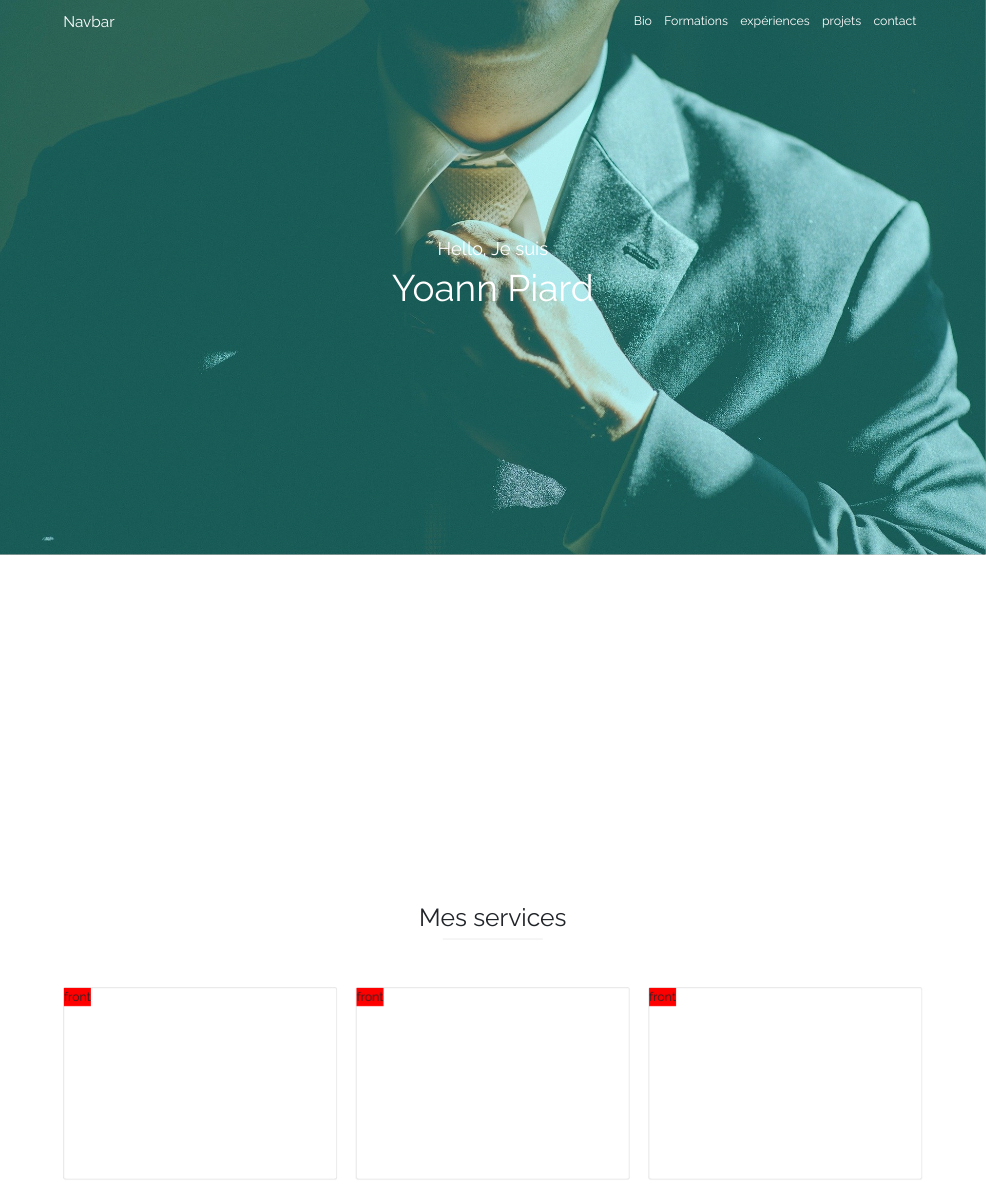
Repository: ypiard85/port-folio-bootstrap-yoann-2021
Page: index.html
An editor plug-in stored every save of this project. The page is shown before and after the next save, followed by the edit.
The browser window is 1280 px wide. The pictures show the whole page, at 77% of full size.

Above is the page before, as saved 2021-03-09 16:36:20.
Console error: TypeError: window.onload is not a function

### index.html
<!DOCTYPE html>
<html lang="en">
  <head>
    <meta charset="UTF-8" />
    <meta http-equiv="X-UA-Compatible" content="IE=edge" />
    <meta name="viewport" content="width=device-width, initial-scale=1.0" />
    <link rel="stylesheet" href="https://use.fontawesome.com/releases/v5.15.2/css/all.css" integrity="sha384-vSIIfh2YWi9wW0r9iZe7RJPrKwp6bG+s9QZMoITbCckVJqGCCRhc+ccxNcdpHuYu" crossorigin="anonymous">    <!-- CSS only -->
    <link rel="stylesheet" href="./resource/style.css" />
    <link
      href="https://cdn.jsdelivr.net/npm/bootstrap@5.0.0-beta2/dist/css/bootstrap.min.css"
      rel="stylesheet"
      integrity="sha384-BmbxuPwQa2lc/FVzBcNJ7UAyJxM6wuqIj61tLrc4wSX0szH/Ev+nYRRuWlolflfl"
      crossorigin="anonymous"
    />
    <title>Document</title>
  </head>
  <body>
    <nav class="navbar position-fixed w-100 navbar-expand-lg navbar-light">
      <div class="container">
        <a class="navbar-brand" href="#">Navbar</a>
        <button
          class="navbar-toggler"
          type="button"
          data-bs-toggle="collapse"
          data-bs-target="#navbarNav"
          aria-controls="navbarNav"
          aria-expanded="false"
          aria-label="Toggle navigation"
        >
          <span class="navbar-toggler-icon"></span>
        </button>
        <div class="collapse navbar-collapse" id="navbarNav">
          <ul class="navbar-nav">
            <li class="nav-item">
              <a class="nav-link active" aria-current="page" href="#bio">Bio</a>
            </li>
            <li class="nav-item">
              <a class="nav-link" href="#formation">Formations</a>
            </li>
            <li class="nav-item">
              <a class="nav-link" href="#experience">expériences</a>
            </li>
            <li class="nav-item">
              <a class="nav-link" href="#projet">projets</a>
            </li>
            <li class="nav-item">
              <a class="nav-link" href="#contact">contact</a>
            </li>
          </ul>
        </div>
      </div>
    </nav>

    <header
      class="container-fluid flex-column
          d-flex align-items-center justify-content-center"
    >
      <h4>Hello, Je suis</h4>
      <h1>Yoann Piard</h1>
    </header>

    <section class="about_me in container">
      <div class="about_card rounded shadow-lg">
        <div class="container">
          <div class="row">
            <div class="col-md-6  col-sm-12 p-3 p-sm-4 align-self-center">
              <h2 class="mb-4" >A propos de moi</h2>
              <p>
                Passionné par l'informatique depuis mon plus jeune âge, je me
                suis tout naturellement orienté vers dans le secteur du
                développement web et logiciel. Depuis 2019, je mets mon savoir
                auprès d'associations et entreprises, les aidant à augmenter
                leurs visibilités sur internet. Aujourd'hui, je cherche à
                intégrer une entreprise afin de travailler sur des projets
                concrets et de monter en compétence.
              </p>
              <ul class="d-flex">
                  <li><a href=""><i class="fab fa-instagram"></i></a></li>
                  <li><a href=""><i class="fab fa-linkedin-in"></i></a></li>
                  <li><a href=""><i class="fab fa-github"></i></a></li>
              </ul>
            </div>
            <div class="col-md-6 col-sm-12 p-3 p-sm-5 d-none d-md-block">
              <img class="img-fluid img-thumbnail" src="./resource/image/yoann_piard.png" alt="" />
            </div>
          </div>
        </div>
      </div>
    </section>

    <section class="my_work">
        <div class="container">
            <h2 class="ttile_section text-center mb-5">Mes services</h2>
            <div class="row pt-4 pb-4">
                <div class="col-md-4">
                    <div class="scene">
                        <div class="card">
                          <div class="card__face card__face--front">front</div>
                          <div class="card__face card__face--back">back</div>
                        </div>
                      </div>
                </div>
                <div class="col-md-4">
                    <div class="scene">
                        <div class="card">
                          <div class="card__face card__face--front">front</div>
                          <div class="card__face card__face--back">back</div>
                        </div>
                      </div>
                </div>
                <div class="col-md-4">
                    <div class="scene">
                        <div class="card">
                          <div class="card__face card__face--front">front</div>
                          <div class="card__face card__face--back">back</div>
                        </div>
                      </div>
                </div>
            </div>
        </div>
    </section>

    <!-- JavaScript Bundle with Popper -->
    <script
      src="https://cdn.jsdelivr.net/npm/bootstrap@5.0.0-beta2/dist/js/bootstrap.bundle.min.js"
      integrity="sha384-b5kHyXgcpbZJO/tY9Ul7kGkf1S0CWuKcCD38l8YkeH8z8QjE0GmW1gYU5S9FOnJ0"
      crossorigin="anonymous"
    ></script>
    <script src="https://unpkg.com/scrollreveal"></script>
    <script src="./resource/scrollreveal.js"></script>
    <script src="./resource/app.js"></script>
    <script>window.onload(scrollEffect()) </script>
  </body>
</html>

### resource/style.css
@import url('https://fonts.googleapis.com/css2?family=Raleway&display=swap');

*{
    transition: 0.3s;
}

body{
    font-family: 'Raleway', sans-serif!important;
}


.navbar-collapse{
    flex-grow: 0!important;
}

nav a{
    color: white!important;
}

header{
    height: 100vh;
    background: gray;
    background-image: linear-gradient(90deg, rgba(0,231,249,0.2780462526807598) 100%, rgba(0,4,24,0.4405112386751575) 74%), url('./image/about-section.jpg');
    background-repeat: no-repeat;
    background-size: cover;
    background-position: top center;
    color: white;
}

header h1{
    font-weight: normal;
    font-size: 3em;
}

.about_card{
    margin: auto;
    width: 900px;
    max-width: 100%;
    background-color: white;
}

.about_card a{
    font-family: Arial!important;
}

.about_me h2{
    font-weight: bold;
}

.about_card img{
    width: 100%;
    border-radius: 50%;
}

.about_card ul{
    list-style: none;
    padding: 0;
}

.about_card i{
    font-size: 1em;
    color: black;
}

.about_card{
    line-height: 2em;
}

.about_card li{
    margin-right: 10px;
}

.in{
    transform: translateY(-200px);
}

.ttile_section{
    position: relative;
}

.ttile_section::after{
    content: '';
    position: absolute;
    width: 130px;
    height: 1px;
    background-color: rgb(233, 231, 231);
    bottom: -10px;
    left:0;
    right: 0;
    margin: auto;
}


.scene {
    width: 100%;
    height: 250px;
    perspective: 600px;
}

.card {
    width: 100%;
    height: 100%;
    position: relative;
    transition: transform 1s;
    transform-style: preserve-3d;
}

.card__face {
    position: absolute;
    backface-visibility: hidden;
  }

  .card__face--front {
    background: red;
  }

  .card__face--back {
    background: blue;
    transform: rotateX( 180deg );
  }

  .card.is-flipped {
    transform: rotateX(180deg);
  }

### resource/scrollreveal.js
function scrollEffect(){


    ScrollReveal().reveal('.about_me', {
        delay: 150,
        duration: 1000,
        reset: true,
        origin: 'bottom',
        distance: '30%'
    });

}

### resource/app.js
document.querySelectorAll('.card').forEach(e => {
    e.addEventListener( 'mouseenter', function() {
        e.classList.add('is-flipped');
      });
      e.addEventListener( 'mouseleave', function() {
        e.classList.remove('is-flipped');
      });
});

After the next save:
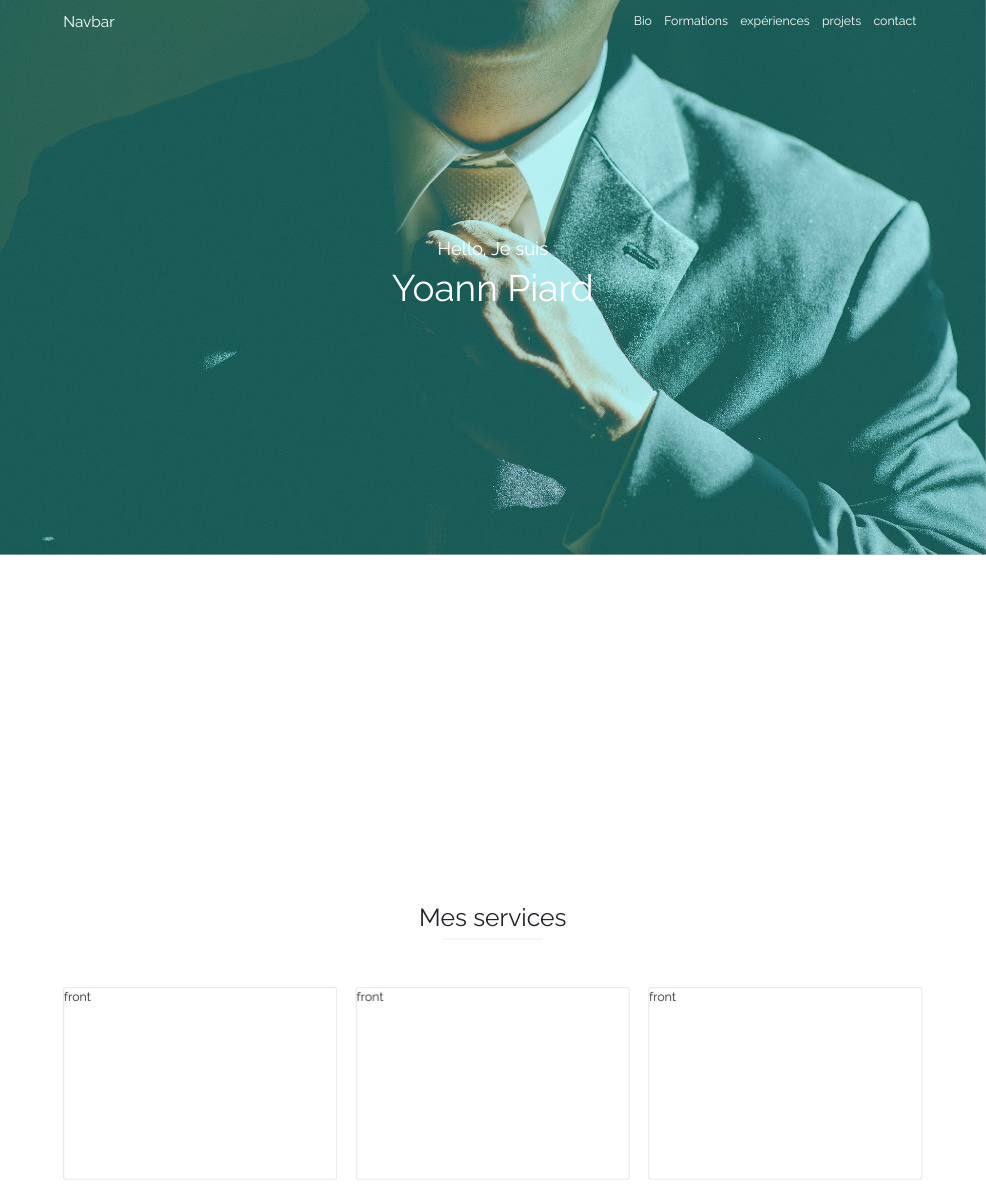
Saved 12 s later.
--- a/resource/style.css
+++ b/resource/style.css
@@ -111,11 +111,10 @@ header h1{
   }
 
   .card__face--front {
-    background: red;
+
   }
 
   .card__face--back {
-    background: blue;
     transform: rotateX( 180deg );
   }
 
